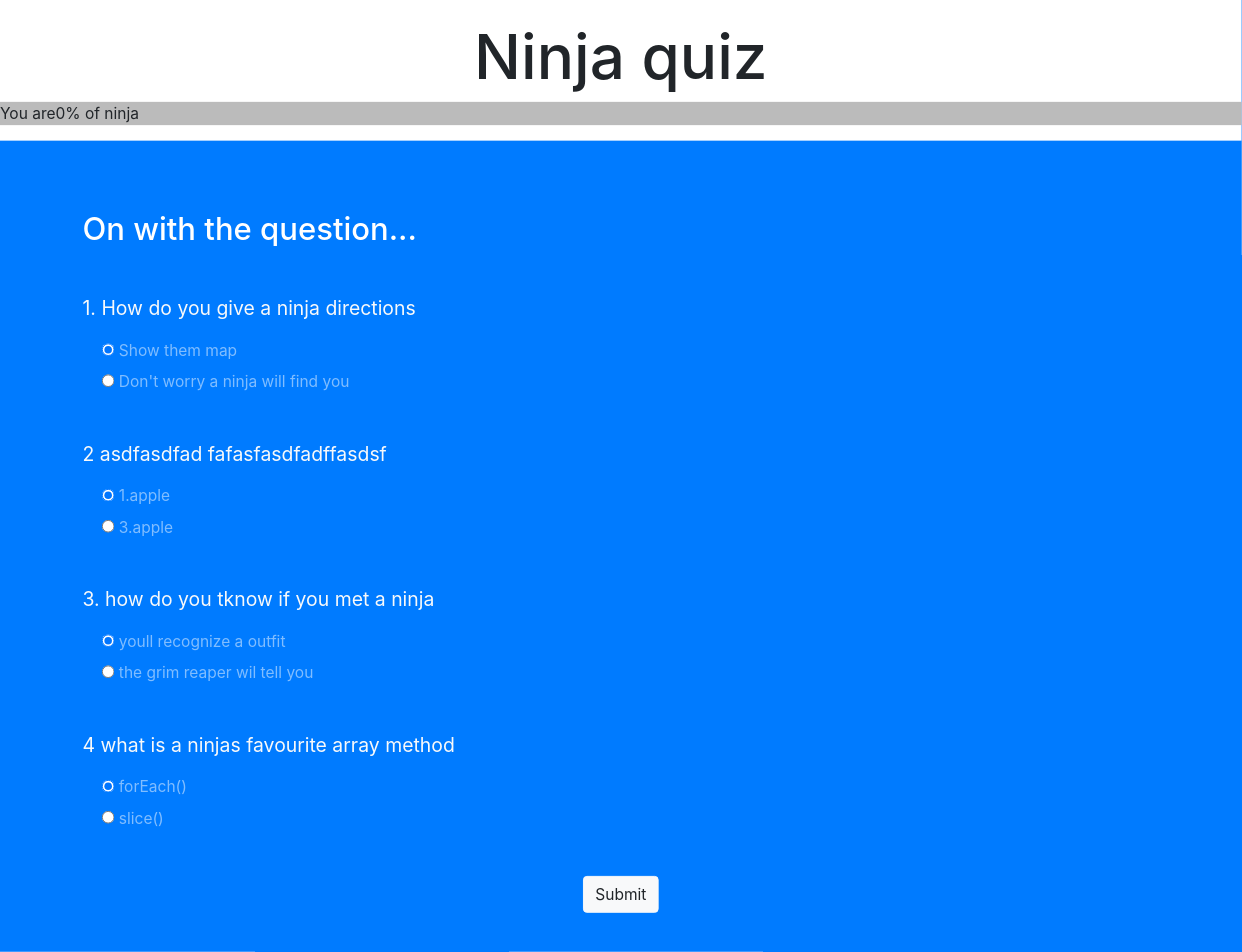
Repository: ajgors/config
Page: Nauka Js/Projekty/Quiz/index.html
These files come from the project's save history. The page is drawn as it stood at one moment and after the next save; the edit follows.
The browser window is 1280 px wide. The pictures show the whole page, at 97% of full size.

Above is the page before, as saved 2019-08-11 18:14:30.

After the next save:
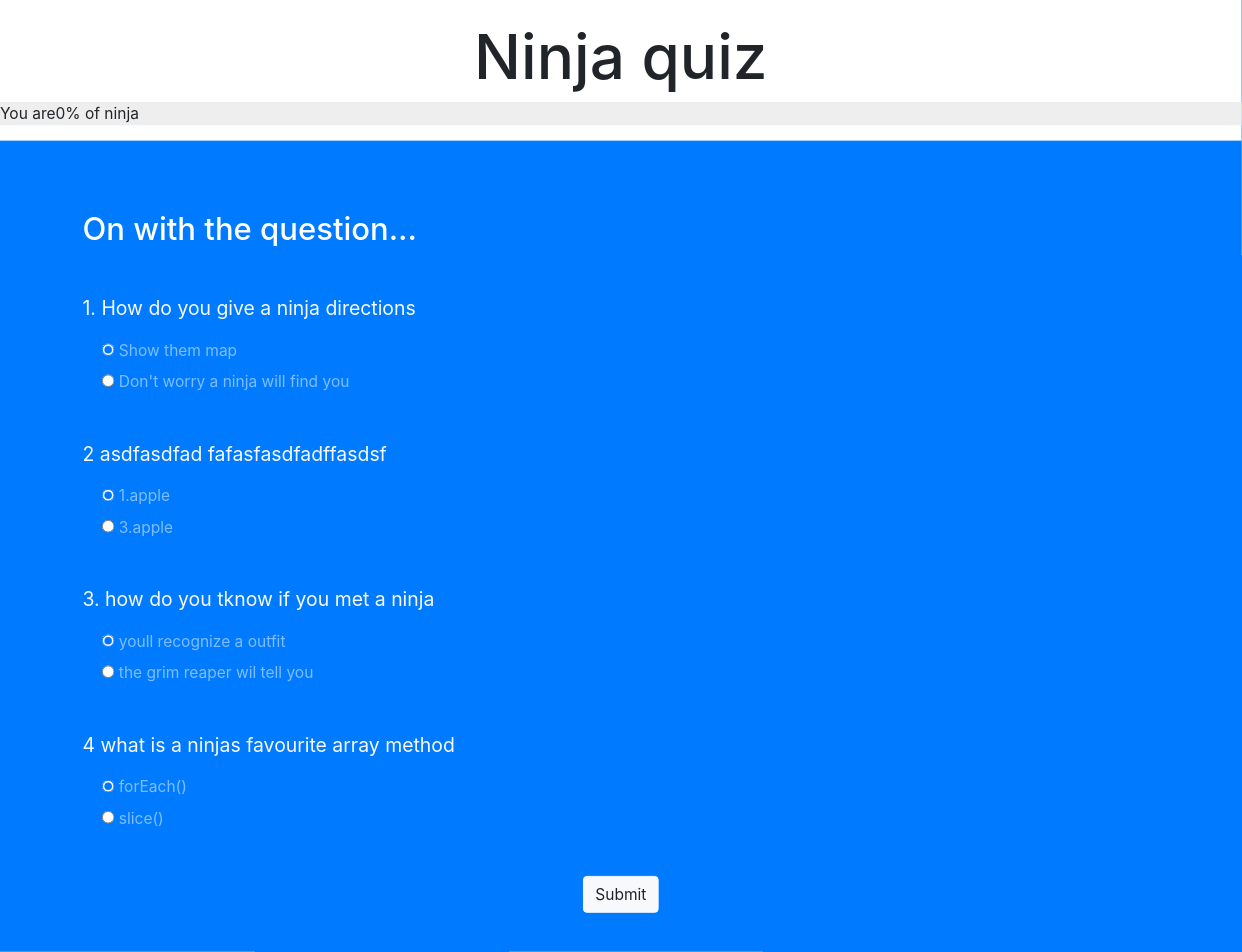
Saved 7 s later.
--- a/Nauka Js/Projekty/Quiz/css.css
+++ b/Nauka Js/Projekty/Quiz/css.css
@@ -5,5 +5,5 @@
 }
 
 .result{
-    background-color: #bbb;
+    background-color: #eee;
 }
